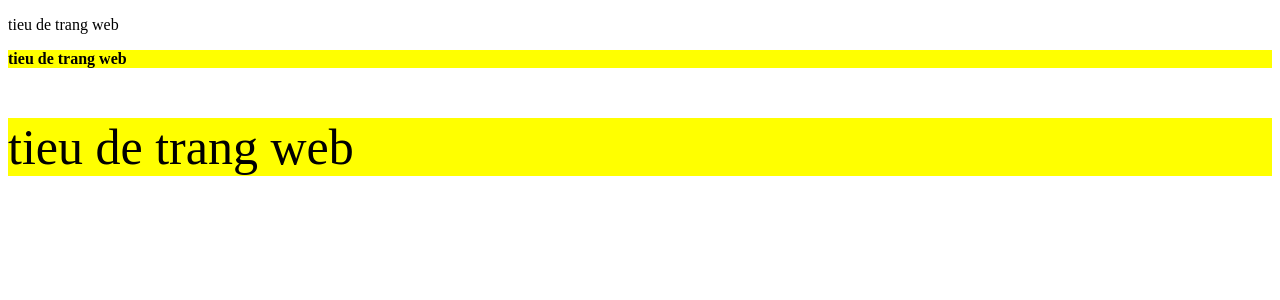
Repository: quocanh1010/quocanh1010.github.io
Page: Front End bai 1 2/index.html
The author's editor kept a copy of each file at every save. The page is drawn from the files as they stood at one save, then again after the next save.
The browser window is 1280 px wide. The pictures show the whole page.

Above is the page before, as saved 2021-04-16 20:29:10.

### Front End bai 1 2/index.html
<!DOCTYPE html>
<html lang="en">

<head>
    <meta charset="UTF-8">
    <meta http-equiv="X-UA-Compatible" content="IE=edge">
    <meta name="viewport" content="width=device-width, initial-scale=1.0">
    <title>Techmaster</title>


    <style>
        h1 {
            color:red;
            background: rgb(38, 95, 117);
        }
        .mau-vang {
            background: yellow;
            font-weight: 800;
        }
        .font-other {
            font-weight: 400;
        }
        #big-size {
            font-size: 50px;
        }

    </style>

</head>

<body>

    <p>tieu de trang web</p>
    <p class="mau-vang" >tieu de trang web</p>
    <p class="mau-vang font-other" id="big-size">tieu de trang web</p>


</body>

</html>

After the next save:
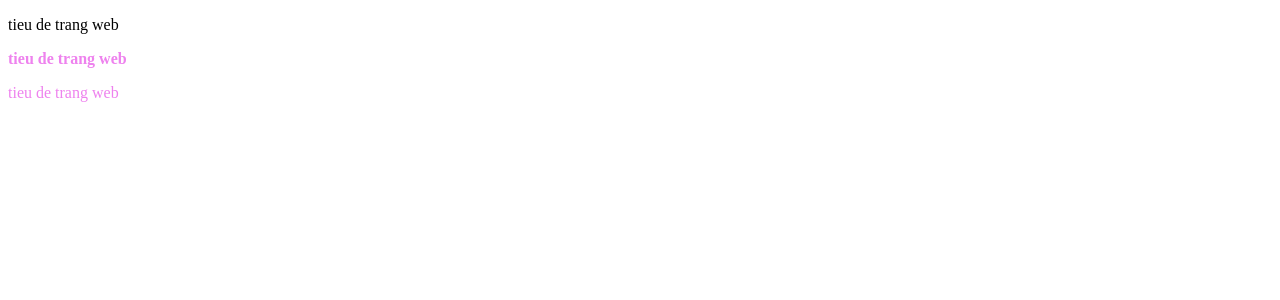
Saved 2 min 9 s later.
--- a/Front End bai 1 2/index.html
+++ b/Front End bai 1 2/index.html
@@ -14,14 +14,15 @@
             background: rgb(38, 95, 117);
         }
         .mau-vang {
-            background: yellow;
             font-weight: 800;
+            color: violet;
         }
         .font-other {
             font-weight: 400;
         }
-        #big-size {
-            font-size: 50px;
+
+        #classic-color {
+            color: violet;
         }
 
     </style>
@@ -32,7 +33,7 @@
 
     <p>tieu de trang web</p>
     <p class="mau-vang" >tieu de trang web</p>
-    <p class="mau-vang font-other" id="big-size">tieu de trang web</p>
+    <p class="mau-vang font-other" id="classic-color">tieu de trang web</p>
 
 
 </body>
